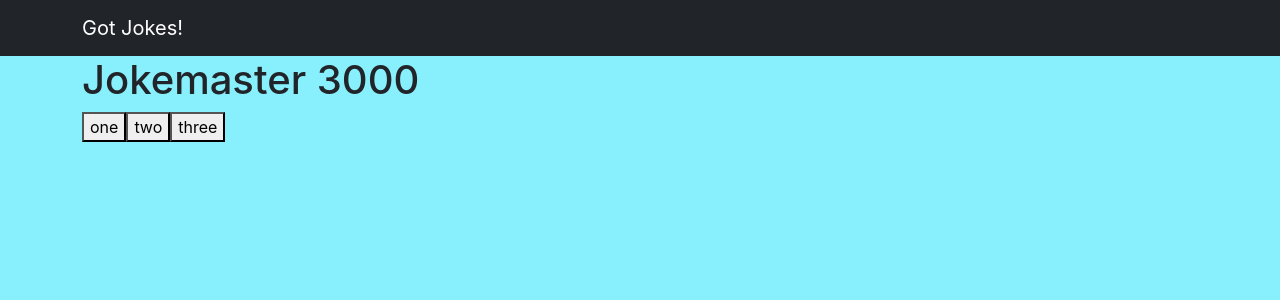
Repository: jontslater/LAB-joke-generator-react
Page: /
These files come from the project's save history. The page is drawn as it stood at one moment and after the next save; the edit follows.
The browser window is 1280 px wide. The pictures show the whole page.
The project was rebuilt for these pictures with package versions that can differ from the ones it lists, and the page was loaded fresh each time. The framework's server and built-in components were replaced by stand-ins that run in the browser. Also part of the build but not shown: next.config.js.

Above is the page before, as saved 2024-01-12 17:15:19.

### pages/_app.js
/* eslint-disable react/prop-types */
import 'bootstrap/dist/css/bootstrap.min.css';
import '../styles/globals.css';
import NavBar from '../components/NavBar';

function MyApp({ Component, pageProps }) {
  return (
    <>
      <NavBar />
      <div className="container">
        <Component {...pageProps} />
      </div>
    </>
  );
}

export default MyApp;

### pages/index.js
import React from 'react';
import Jokes from '../components/Jokes';

function Home() {
  return (
    <>
      <Jokes title="1" />
    </>
  );
}

export default Home;

### components/NavBar.js
/* eslint-disable jsx-a11y/anchor-is-valid */
import React from 'react';
import Link from 'next/link';
import {
  Navbar, Container, Nav,
} from 'react-bootstrap';

export default function NavBar() {
  return (
    <Navbar collapseOnSelect expand="lg" bg="dark" variant="dark">
      <Container>
        <Link passHref href="/">
          <Navbar.Brand>Got Jokes!</Navbar.Brand>
        </Link>
        <Navbar.Toggle aria-controls="responsive-navbar-nav" />
        <Navbar.Collapse id="responsive-navbar-nav">
          <Nav className="me-auto">
            {/* CLOSE NAVBAR ON LINK SELECTION: https://stackoverflow.com/questions/72813635/collapse-on-select-react-bootstrap-navbar-with-nextjs-not-working */}
            {/* <Link passHref href="/">
              <Nav.Link>Home</Nav.Link>
            </Link> */}
          </Nav>
        </Navbar.Collapse>
      </Container>
    </Navbar>
  );
}

### components/Jokes.js
import { useState } from 'react';

function Jokes() {
  const [jokes, setJokes] = useState([]);
  const [active, setActive] = useState('FirstCard');

  function getJokes() {
    fetch('https://v2.jokeapi.dev/joke/Programming?safe-mode&type=twopart')
      .then((response) => response.json())
      .then((data) => {
        setJokes(data);
      });
  }

  return (
    <>
      <h1>Jokemaster 3000</h1>
      <nav>
        {active === 'FirstCard' && (
        <button
          type="button"
          title="1"
          onClick={() => setActive('FirstCard')}
        >one
        </button>
        )}

        {active === 'FirstCard' && (
        <button
          type="button"
          title="2"
          onClick={() => setActive('SecondCard')}
        >two
        </button>
        )}
        {active === 'FirstCard' && (
        <button
          type="button"
          title="3"
          onClick={() => setActive('ThirdCard')}
        >three
        </button>
        )}
      </nav>
    </>
  );
}

export default Jokes;

Loaded but not shown: styles/globals.css (common file)

After the next save:
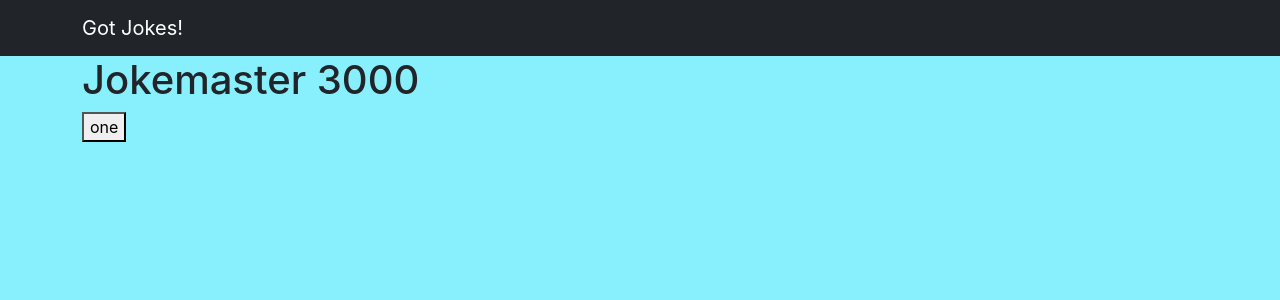
Saved 33 s later.
--- a/components/Jokes.js
+++ b/components/Jokes.js
@@ -25,7 +25,7 @@ function Jokes() {
         </button>
         )}
 
-        {active === 'FirstCard' && (
+        {active === 'SecondCard' && (
         <button
           type="button"
           title="2"
@@ -33,7 +33,7 @@ function Jokes() {
         >two
         </button>
         )}
-        {active === 'FirstCard' && (
+        {active === 'ThirdCard' && (
         <button
           type="button"
           title="3"
